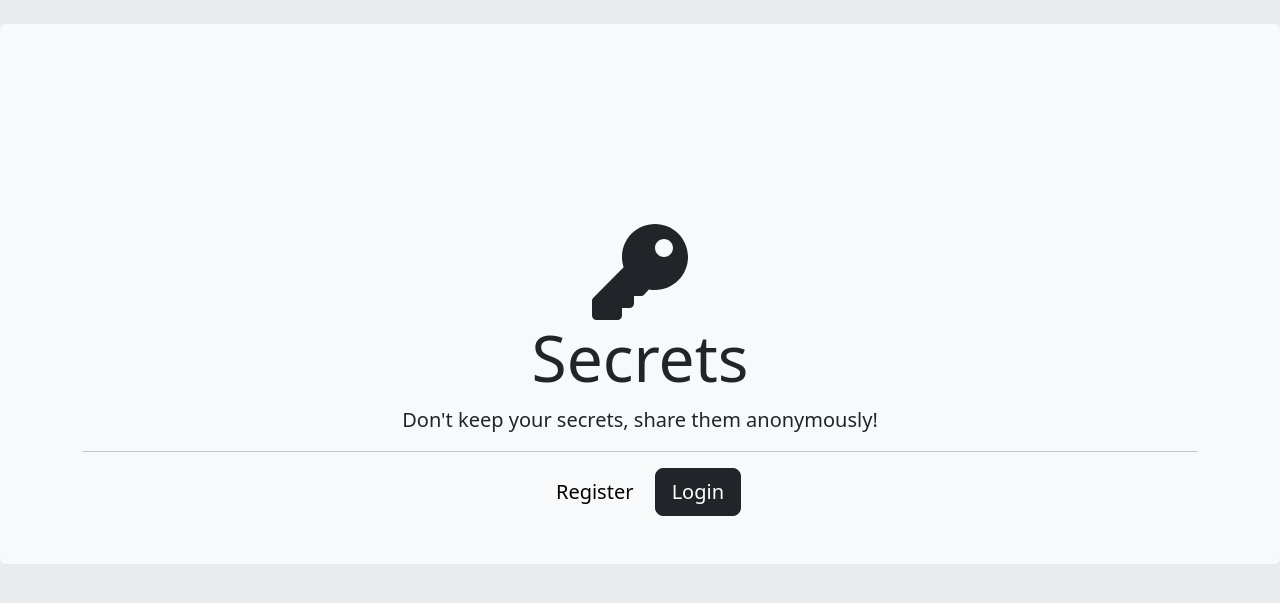
Repository: hritik1204/authentication
Page: http://localhost/
These files come from the project's save history. The page is drawn as it stood at one moment and after the next save; the edit follows.
The browser window is 1280 px wide. The pictures show the whole page.
The page is served by the project's Node server (app.js).

Above is the page before, as saved 2022-07-07 17:18:01.

### views/home.ejs
<%- include('partials/header') %>


    <div class="bg-light  rounded pb-5 mt-4  centered">
        <div class="container">
            <i class="fas fa-key fa-6x"></i>
            <h1 class="display-3">Secrets</h1>
            <p class="lead">Don't keep your secrets, share them anonymously!</p>
            <hr>
            <a class="btn btn-light btn-lg" href="/register" role="button">Register</a>
            <a class="btn btn-dark btn-lg" href="/login" role="button">Login</a>

        </div>
    </div>

    <%- include('partials/footer') %>

### views/partials/header.ejs
<!DOCTYPE html>
<html lang="en" dir="ltr">

<head>
    <meta charset="utf-8">
    <title>Secrets</title>
    <script defer src="https://use.fontawesome.com/releases/v5.15.4/js/all.js" integrity="sha384-rOA1PnstxnOBLzCLMcre8ybwbTmemjzdNlILg8O7z1lUkLXozs4DHonlDtnE7fpc" crossorigin="anonymous"></script>
    <!-- CSS only -->
    <link href="https://cdn.jsdelivr.net/npm/bootstrap@5.2.0-beta1/dist/css/bootstrap.min.css" rel="stylesheet" integrity="sha384-0evHe/X+R7YkIZDRvuzKMRqM+OrBnVFBL6DOitfPri4tjfHxaWutUpFmBp4vmVor" crossorigin="anonymous">

    <link rel="stylesheet" href="css/styles.css">
</head>

<body>

### app.js
import express from "express";
import ejs from "ejs";

import { fileURLToPath } from 'url';
import { dirname } from 'path';
import { response } from "express";


main().catch(err => console.log(err));
async function main() {

    const app = express();
    app.use(express.urlencoded({ extended: true }));
    app.use(express.static("public"));
    app.set('view engine', 'ejs');

    const __filename = fileURLToPath(
        import.meta.url);

    const __dirname = dirname(__filename);

    app.get("/", (req, res) => res.render("home"));
    app.get("/login", (req, res) => res.render("login"));
    app.get("/register", (req, res) => res.render("register"));

















    app.listen(3000, () => console.log("Server started on port 3000"));
}

Loaded but not shown: views/partials/footer.ejs (common file); public/css/styles.css (common file)

After the next save:
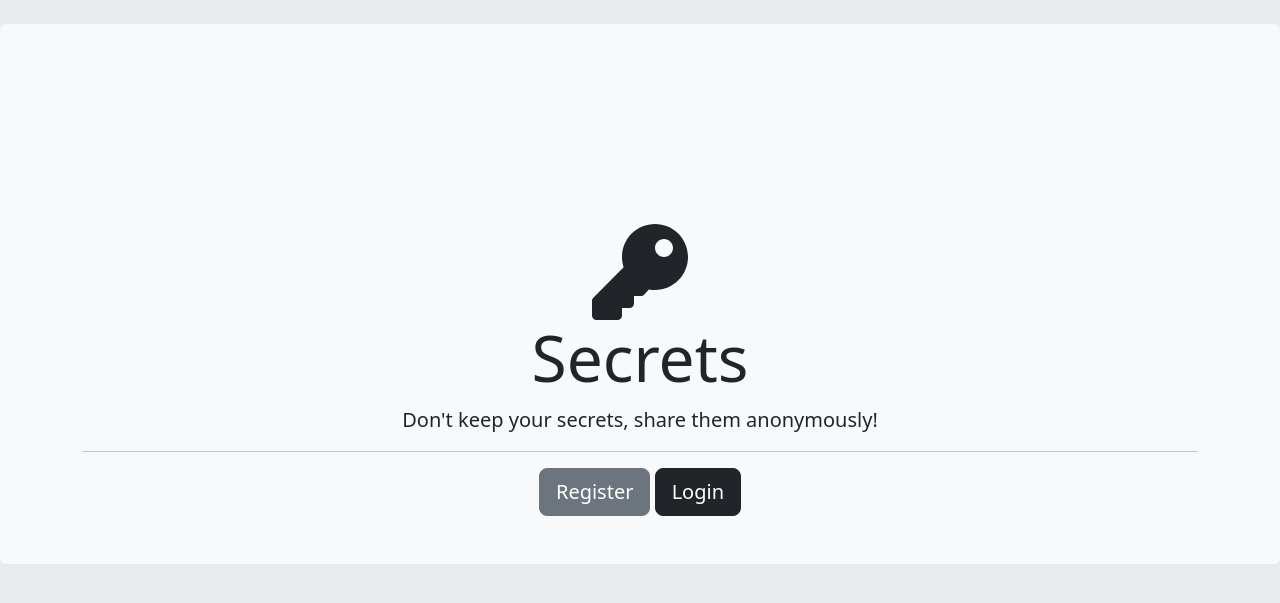
Saved 10 s later.
--- a/views/home.ejs
+++ b/views/home.ejs
@@ -7,7 +7,7 @@
             <h1 class="display-3">Secrets</h1>
             <p class="lead">Don't keep your secrets, share them anonymously!</p>
             <hr>
-            <a class="btn btn-light btn-lg" href="/register" role="button">Register</a>
+            <a class="btn btn-secondary btn-lg" href="/register" role="button">Register</a>
             <a class="btn btn-dark btn-lg" href="/login" role="button">Login</a>
 
         </div>
